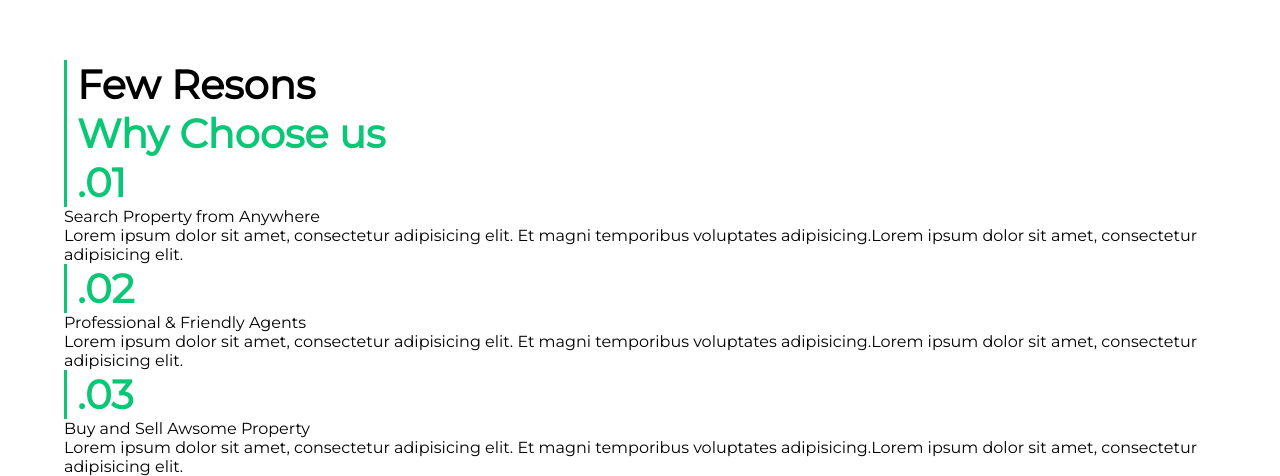
Repository: Yowani24/Real-Estate2
Page: index.html
The author's editor kept a copy of each file at every save. The page is drawn from the files as they stood at one save, then again after the next save.
The browser window is 1280 px wide. The pictures show the part of the page from y = 2326 to 2802 px (the page is 2802 px tall before and 2750 px after).
A picture or video elsewhere on the page could not be fetched, so the positions and the page height are approximate. Some web fonts or font styles are not loaded; a fallback is used.

Above is the page before, as saved 2021-08-29 13:24:40.

After the next save:
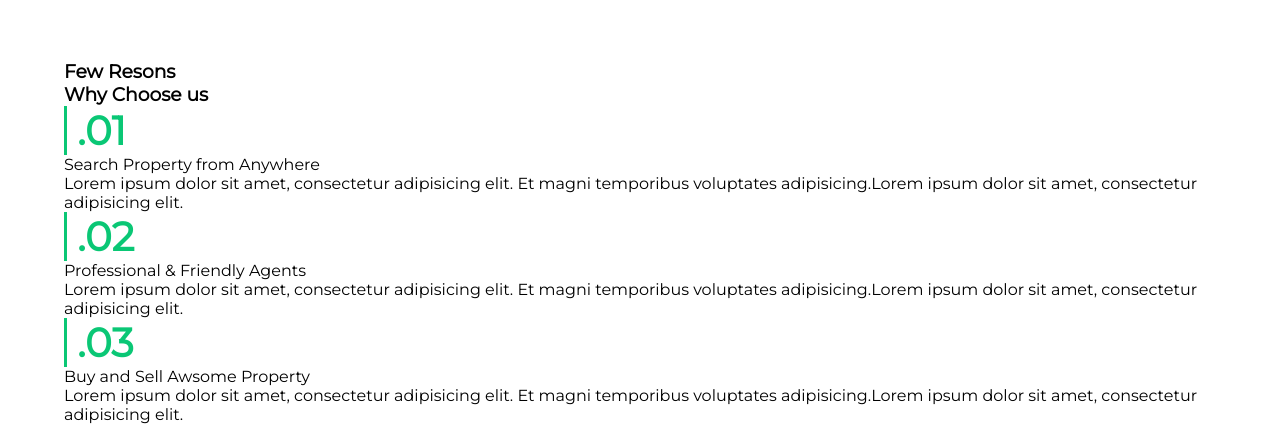
Saved 73 s later.
--- a/index.html
+++ b/index.html
@@ -102,7 +102,7 @@
 
     <section class="whyUs_sec">
         <div id="whyUs" class="interface_wrapper whyUs">
-            <p>Few Resons <br/> <span>Why Choose us</span></p>
+            <h3>Few Resons <br/> <span>Why Choose us</span></h3>
             <div class="items" v-for="item in items">
                 <p>{{item.position}}</p>
                 <p>{{item.title}}</p>
